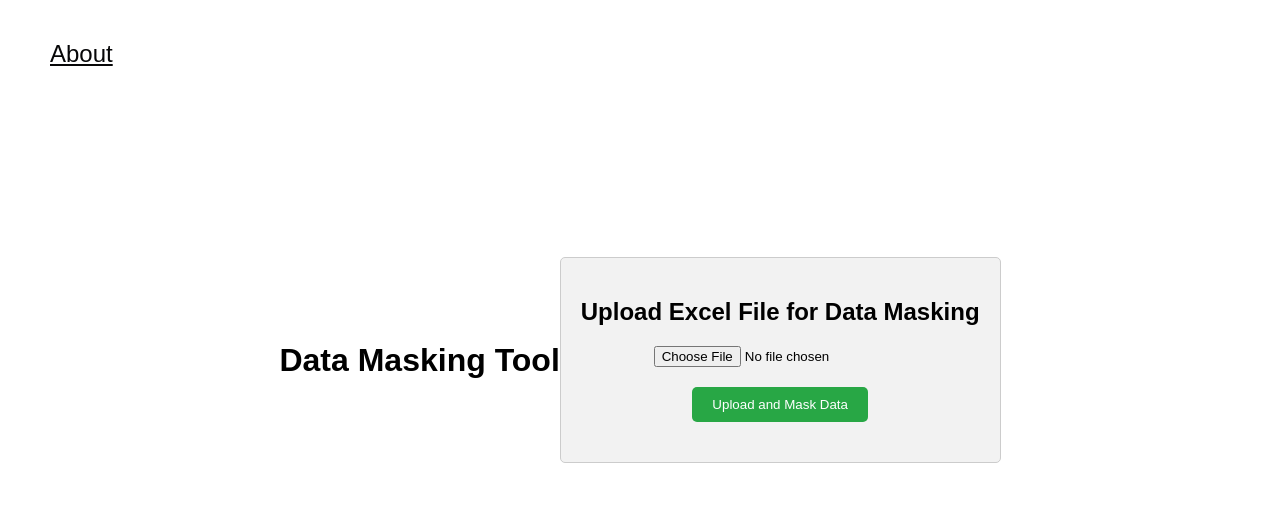
Repository: prithika12/DataMasking_Tool
Page: index.html
The author's editor kept a copy of each file at every save. The page is drawn from the files as they stood at one save, then again after the next save.
The browser window is 1280 px wide. The pictures show the whole page.

Above is the page before, as saved 2024-07-09 11:50:17.

### index.html
<!DOCTYPE html>
<html>
<head>
    <h1>Data Masking Tool</h1>
    <style>
        body {
            font-family: Arial, sans-serif;
            margin: 0;
            padding: 0;
            display: flex;
            justify-content: center; /* Center horizontally */
            align-items: center; /* Center vertically */
            height: 100vh; /* Full viewport height */
        }
        .container {
            max-width: 600px;
            padding: 20px;
            background-color: #f2f2f2;
            border: 1px solid #ccc;
            border-radius: 5px;
        }
        h1, h2 {
            text-align: center;
        }
        input[type="file"] {
            display: block;
            margin: 20px auto;
        }
        button {
            display: block;
            margin: 20px auto;
            padding: 10px 20px;
            background-color: #28a745;
            color: white;
            border: none;
            border-radius: 5px;
            cursor: pointer;
        }
        button:hover {
            background-color: #218838;
        }
        .about-link {
            position: absolute;
            top: 20px;
            left: 20px;
            padding: 20px 30px;
        }
        .about-link a {
            color: #070708;
            font-size: x-large;
            text-decoration: underline;
        }
        .about-link a:hover {
            text-decoration: underline;
        }
    </style>
</head>
<body>
    <div class="container">
        <h2>Upload Excel File for Data Masking</h2>
        <form action="/uploader" method="post" enctype="multipart/form-data">
            <input type="file" name="file" accept=".xlsx">
            <button type="submit">Upload and Mask Data</button>
        </form>
    </div>
    <div class="about-link">
        <a href="https://github.com/prithika12/DataMasking_Tool/blob/main/README.md" target="_blank">About</a>
    </div>
</body>
</html>

After the next save:
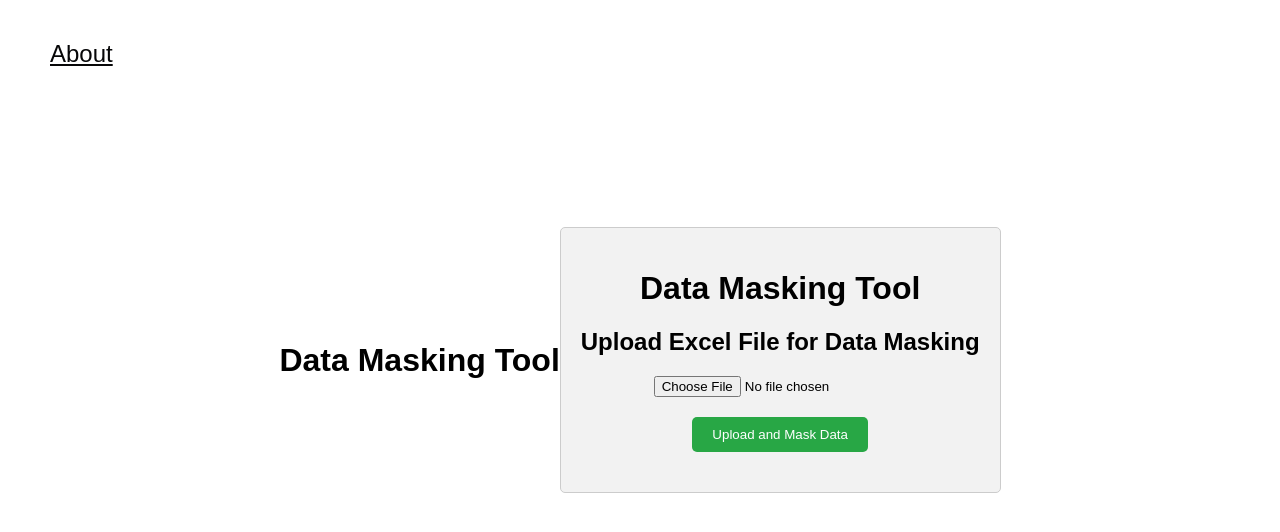
Saved 9 s later.
--- a/index.html
+++ b/index.html
@@ -57,6 +57,7 @@
 </head>
 <body>
     <div class="container">
+        <h1>Data Masking Tool</h1>
         <h2>Upload Excel File for Data Masking</h2>
         <form action="/uploader" method="post" enctype="multipart/form-data">
             <input type="file" name="file" accept=".xlsx">
